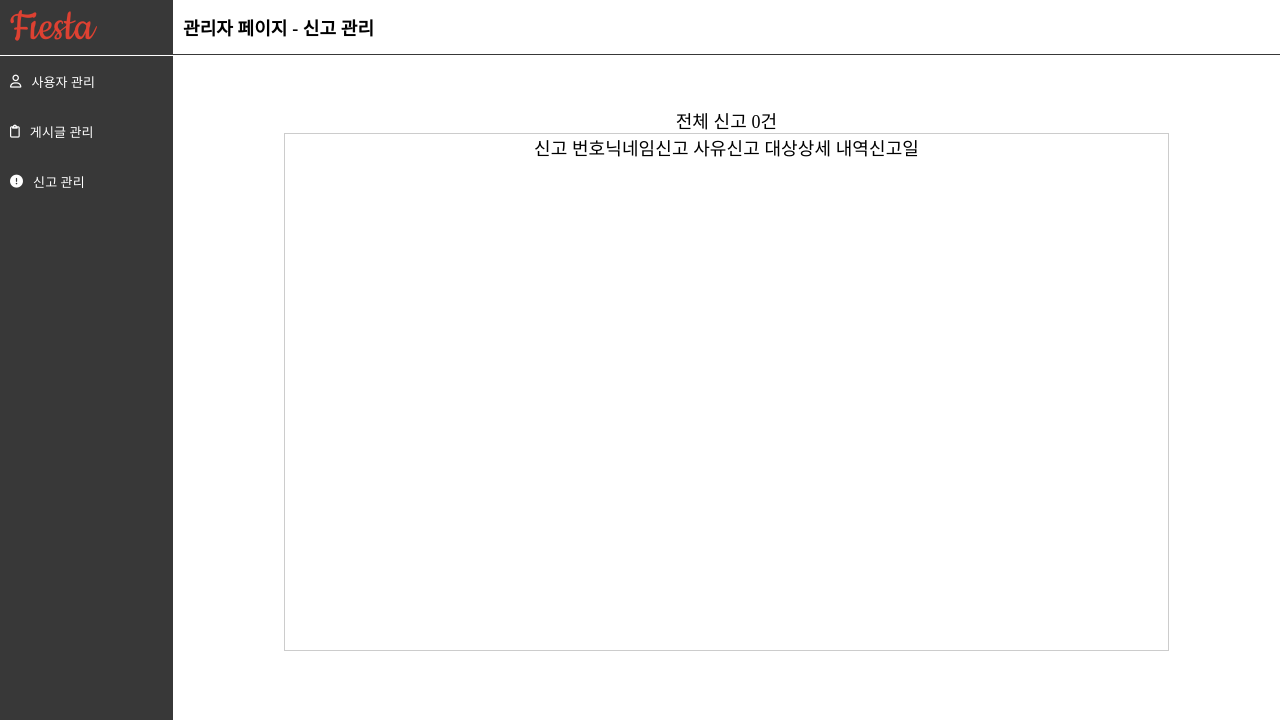
Repository: SNSFiestaTeam/Fiesta
Page: Fiesta/src/main/webapp/html/management/management-report.html
These files come from the project's save history. The page is drawn as it stood at one moment and after the next save; the edit follows.
The browser window is 1280 px wide. The pictures show the whole page.
Some web fonts or font styles are not loaded; a fallback is used. Some web libraries are served in a nearby version.

Above is the page before, as saved 2022-12-06 12:22:30.

After the next save:
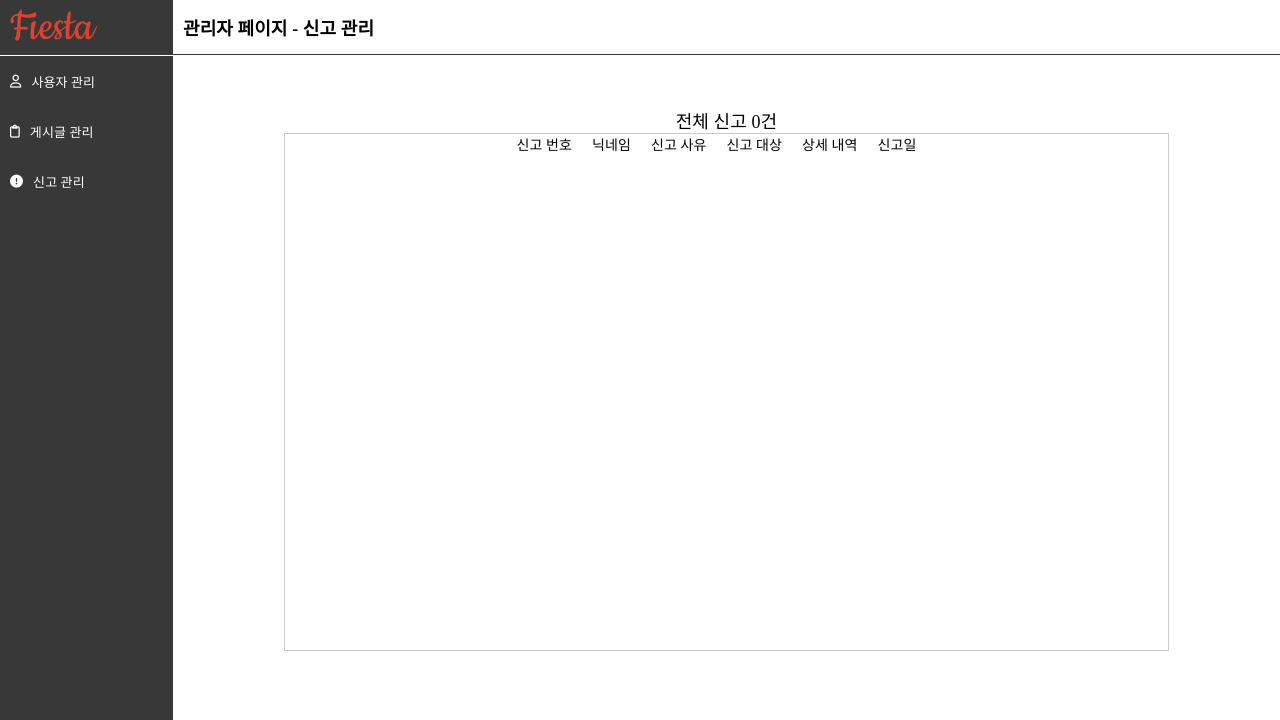
Saved 7 s later.
--- a/Fiesta/src/main/webapp/resources/css/management/management.css
+++ b/Fiesta/src/main/webapp/resources/css/management/management.css
@@ -108,6 +108,6 @@ body {
 }
 
 .row > span {
-  font-size: 14px
+  font-size: 14px;
   margin-right: 20px;
 }
